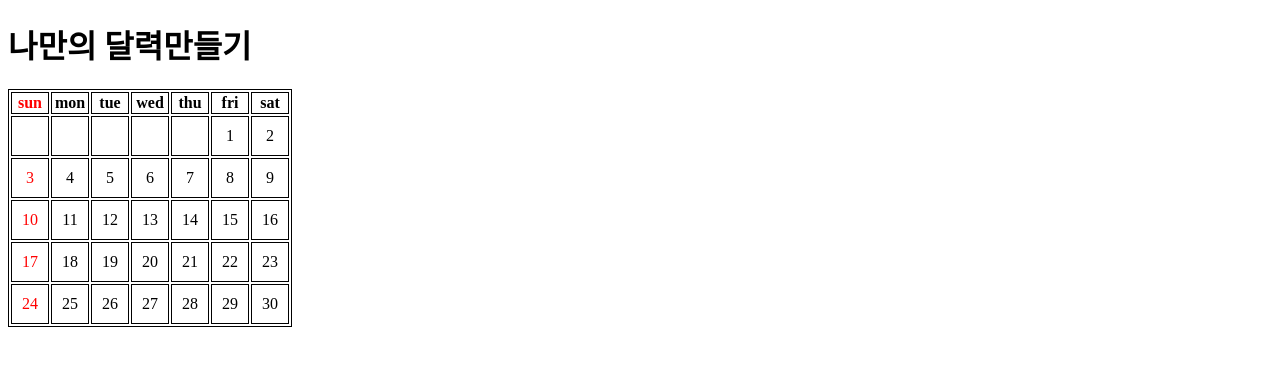
Repository: rong9835/spc2026
Page: homework/calendar.html
An editor plug-in stored every save of this project. The page is shown before and after the next save, followed by the edit.
The browser window is 1280 px wide. The pictures show the whole page.

Above is the page before, as saved 2026-04-22 22:50:52.

After the next save:
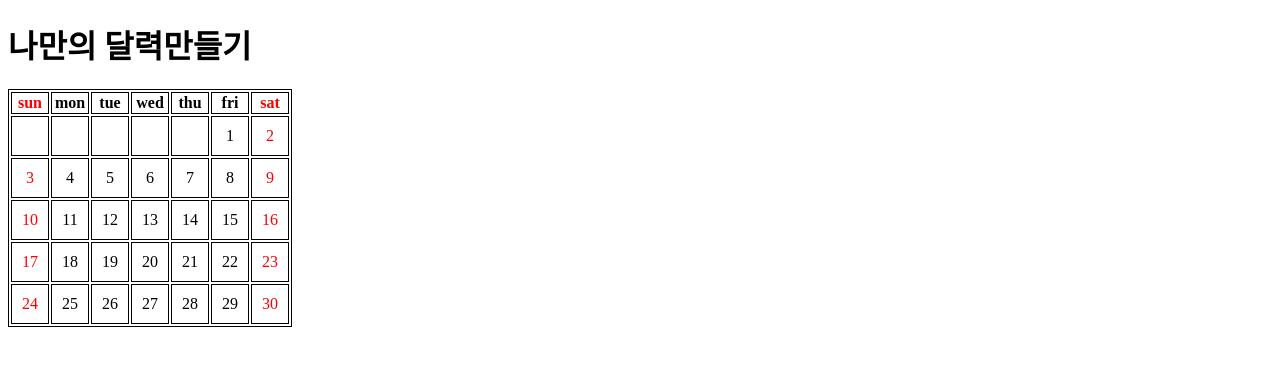
Saved 30 s later.
--- a/homework/calendar.css
+++ b/homework/calendar.css
@@ -14,3 +14,6 @@ table {
 #calendar tr :first-child {
   color: red;
 }
+#calendar tr :last-child {
+  color: red;
+}
